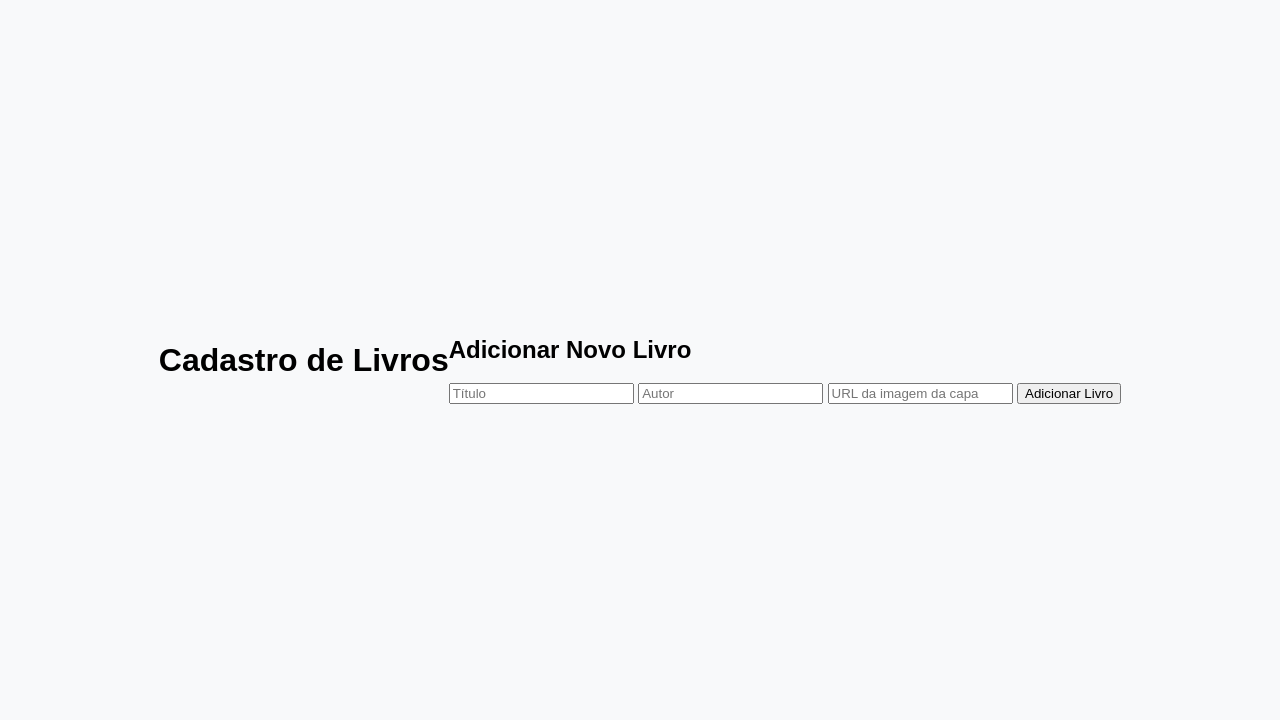
Repository: Matheus904-12/JS-BIN
Page: iindex.html
An editor plug-in stored every save of this project. The page is shown before and after the next save, followed by the edit.
The browser window is 1280 px wide. The pictures show the whole page.
The page's requests for data from a server got no answer.

Above is the page before, as saved 2023-08-23 11:17:57.

### iindex.html
<!DOCTYPE html>
<html lang="en">
<head>
  <meta charset="UTF-8">
  <meta name="viewport" content="width=device-width, initial-scale=1.0">
  <link rel="stylesheet" href="style.css">
  <title>Cadastro de Livros</title>
</head>
<body>
  <h1>Cadastro de Livros</h1>
  <div class="book-entry">
    <h2>Adicionar Novo Livro</h2>
    <input type="text" id="title" placeholder="Título">
    <input type="text" id="author" placeholder="Autor">
    <input type="text" id="imageUrl" placeholder="URL da imagem da capa">
    <button id="add-book">Adicionar Livro</button>
  </div>
  <div class="carousel">
    <div class="carousel-container" id="carousel-container">
    </div>
    <div class="carousel-gradient"></div>
  </div>
  <p id="status"></p>

  <script src="ipt.js"></script>
</body>
</html>

### style.css
body {
    font-family: 'Arial', sans-serif;
    background-color: #f8f9fa;
    margin: 0;
    padding: 0;
    display: flex;
    justify-content: center;
    align-items: center;
    min-height: 100vh;
}

.container {
    display: flex;
    flex-direction: column;
    background-color: #ffffff;
    border-radius: 10px;
    box-shadow: 0px 0px 10px rgba(0, 0, 0, 0.1);
    text-align: center;
    width: 400px;
    padding: 20px;
}

.cadastro-box {
    padding: 10px;
}

.cadastro-box h1 {
    color: #333;
    margin-bottom: 10px;
}

.cadastro-box input {
    width: 100%;
    padding: 8px;
    margin: 5px 0;
    border: 1px solid #ccc;
    border-radius: 5px;
}

.cadastro-box button {
    width: 100%;
    padding: 10px;
    margin: 10px 0;
    background-color: #007bff;
    color: #fff;
    border: none;
    border-radius: 5px;
    cursor: pointer;
    transition: background-color 0.3s;
}

.cadastro-box button:hover {
    background-color: #0056b3;
}

.registros-box {
    background-color: #f2f2f2;
    padding: 10px;
    text-align: center;
    margin-top: 20px;
    border-radius: 5px;
}

.registros-box h2 {
    color: #333;
    margin-bottom: 10px;
}

.livros-box {
    border: 1px solid #ccc;
    padding: 10px;
    margin-top: 10px;
    border-radius: 5px;
    overflow-y: auto;
    max-height: 150px;
}

.livro {
    display: flex;
    justify-content: space-between;
    align-items: center;
    margin-bottom: 5px;
    padding: 5px;
    border-bottom: 1px solid #ddd;
}

.livro h3 {
    margin: 0;
    font-size: 14px;
}

.livro button {
    background-color: #007bff;
    color: #fff;
    border: none;
    border-radius: 3px;
    padding: 3px 8px;
    cursor: pointer;
    transition: background-color 0.3s;
}

.livro button:hover {
    background-color: #0056b3;
}

.notification-carousel {
    position: absolute;
    top: 20px;
    right: 20px;
    width: 300px;
    text-align: center;
    z-index: 1;
    pointer-events: none;
}

.notification {
    position: relative;
    margin-bottom: 5px;
    padding: 5px;
    color: #fff;
    border-radius: 5px;
    z-index: 2;
}

.carrossel-box {
    position: relative;
    overflow: hidden;
    width: 100%;
    margin-top: 20px;
}

.carrossel {
    display: flex;
    transition: transform 0.5s;
    overflow: hidden;
}

.capa {
    flex: 0 0 100%;
    height: 150px;
    background-size: cover;
    background-position: center;
    opacity: 0;
    transition: opacity 0.5s;
}

### ipt.js
document.getElementById('add-book').addEventListener('click', async () => {
    const title = document.getElementById('title').value;
    const author = document.getElementById('author').value;
    const imageUrl = document.getElementById('imageUrl').value;

    try {
      const response = await fetch('http://localhost:3000/add-book', {
        method: 'POST',
        headers: {
          'Content-Type': 'application/json'
        },
        body: JSON.stringify({ title, author, imageUrl })
      });
      const result = await response.text();
      alert(result);
      updateCarousel();
    } catch (error) {
      console.error('Erro ao adicionar livro:', error);
    }
  });

  // Função para criar elementos de livro no carrossel
  function createBookElement(book) {
    const bookDiv = document.createElement('div');
    bookDiv.className = 'book-item';

    const bookImage = document.createElement('img');
    bookImage.className = 'book-img';
    bookImage.src = book.imageUrl || 'assets/book_placeholder.jpg';

    const bookInfo = document.createElement('div');
    bookInfo.innerHTML = `<strong>Título:</strong> ${book.title || 'Desconhecido'}<br><strong>Autor:</strong> ${book.author || 'Desconhecido'}`;

    bookDiv.appendChild(bookImage);
    bookDiv.appendChild(bookInfo);
    return bookDiv;
  }

  // Função para atualizar o carrossel com os livros
  async function updateCarousel() {
    const container = document.getElementById('carousel-container');
    container.innerHTML = '';

    try {
      const response = await fetch('http://localhost:3000/get-books');
      const books = await response.json();

      for (const book of books) {
        const bookElement = createBookElement(book);
        container.appendChild(bookElement);
      }

      // Atualizar gradient conforme a quantidade de livros
      const gradient = document.querySelector('.carousel-gradient');
      gradient.style.background = `linear-gradient(to right, rgba(0, 0, 0, 0.8), transparent ${books.length * 220 + 20}px)`;
    } catch (error) {
      console.error('Erro ao obter livros:', error);
    }
  }

  // Atualizar o carrossel ao carregar a página
  window.addEventListener('load', () => {
    updateCarousel();
  });

### sstyle.css
body {
    font-family: Arial, sans-serif;
    text-align: center;
    margin: 0;
    padding: 0;
    background-color: #f1f1f1;
  }

  h1 {
    color: #333;
  }

  .book-entry {
    margin: 20px auto;
    padding: 20px;
    width: 80%;
    max-width: 400px;
    background-color: #fff;
    border-radius: 10px;
    box-shadow: 0 2px 6px rgba(0, 0, 0, 0.2);
  }

  .book-entry h2 {
    margin-bottom: 10px;
    color: #333;
  }

  .book-entry input {
    display: block;
    margin-bottom: 10px;
    width: 100%;
    padding: 5px;
    border: 1px solid #ccc;
    border-radius: 5px;
  }

  .carousel {
    position: relative;
    width: 100%;
    height: 400px;
    overflow: hidden;
    background-color: #000;
  }

  .carousel-container {
    display: flex;
    transition: transform 0.5s;
  }

  .carousel-gradient {
    position: absolute;
    width: 100%;
    height: 100%;
    background: linear-gradient(to right, rgba(0, 0, 0, 0.8), transparent);
    pointer-events: none;
  }

  .book-item {
    display: flex;
    flex-direction: column;
    align-items: center;
    justify-content: center;
    width: 200px;
    height: 300px;
    margin-right: 20px;
    background-color: #fff;
    border-radius: 10px;
    box-shadow: 0 2px 6px rgba(0, 0, 0, 0.2);
    overflow: hidden;
  }

  .book-img {
    max-width: 100px;
    max-height: 150px;
    margin-bottom: 10px;
  }

  #status {
    margin-top: 10px;
    font-style: italic;
  }

After the next save:
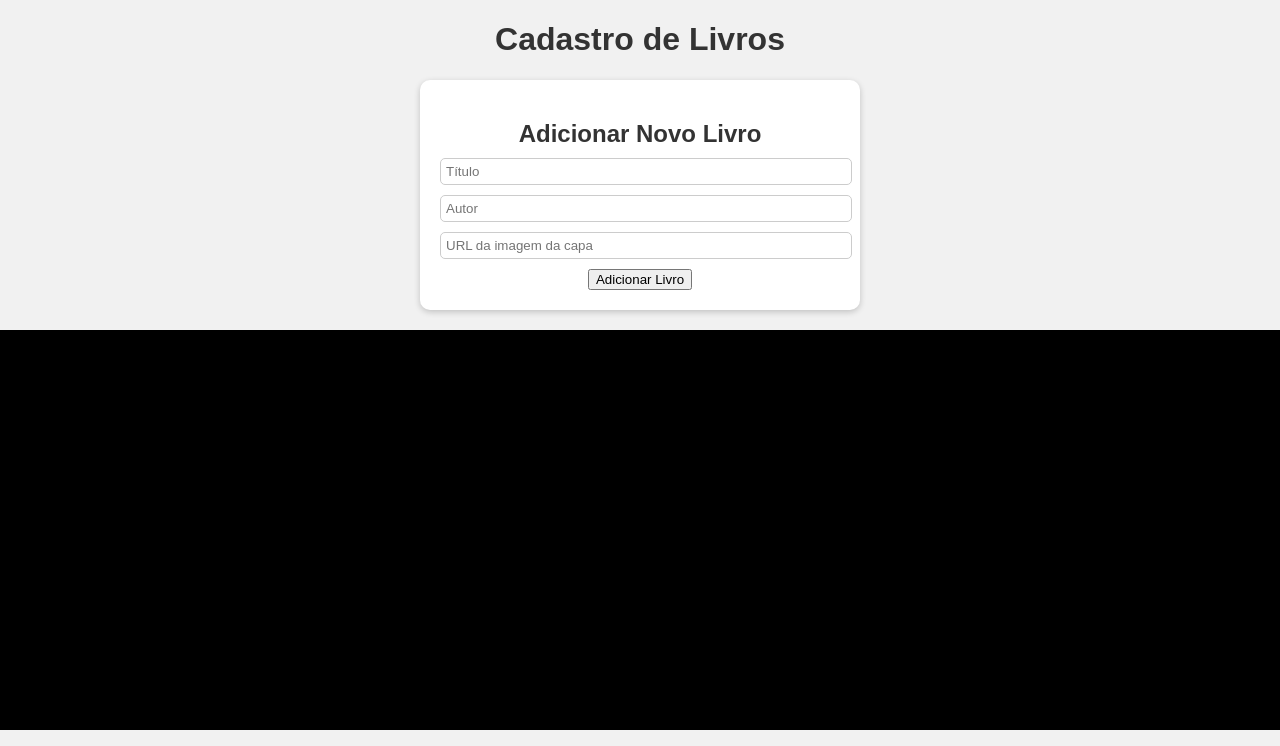
Saved 9 s later.
--- a/iindex.html
+++ b/iindex.html
@@ -3,7 +3,7 @@
 <head>
   <meta charset="UTF-8">
   <meta name="viewport" content="width=device-width, initial-scale=1.0">
-  <link rel="stylesheet" href="style.css">
+  <link rel="stylesheet" href="sstyle.css">
   <title>Cadastro de Livros</title>
 </head>
 <body>
